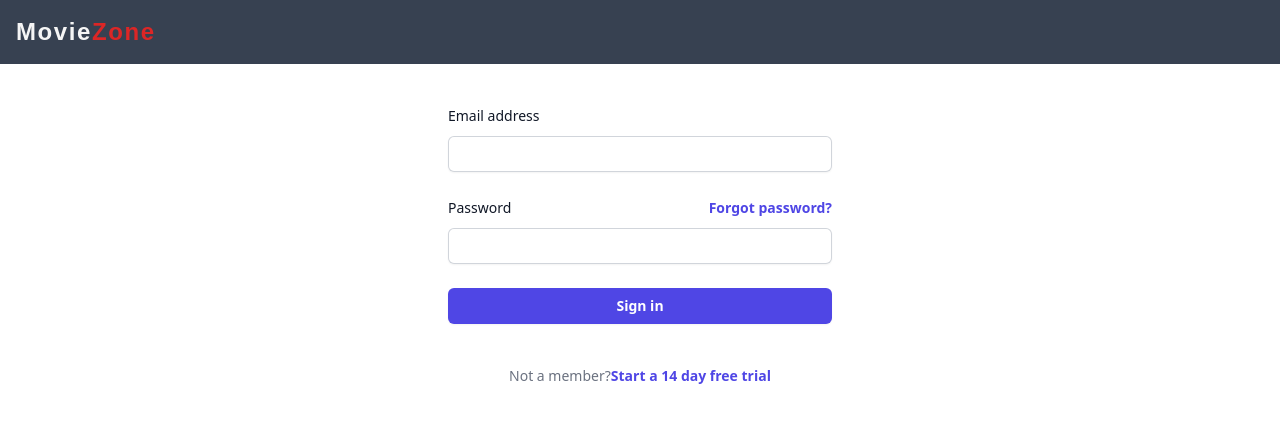
Repository: Ucheobikingsley/movie_catalogue
Page: /addmovie (app in etap_movie_catalog/)
These files come from the project's save history. The page is drawn as it stood at one moment and after the next save; the edit follows.
The browser window is 1280 px wide. The pictures show the whole page.
Some web fonts or font styles are not loaded; a fallback is used. The project was rebuilt for these pictures with package versions that can differ from the ones it lists, and the page was loaded fresh each time. The framework's server and built-in components were replaced by stand-ins that run in the browser. Also part of the build but not shown: etap_movie_catalog/next.config.js.

Above is the page before, as saved 2023-05-01 09:13:49.

### etap_movie_catalog/pages/_app.tsx
import { Layout } from '@/components/Layout'
import '@/styles/globals.css'
import type { AppProps } from 'next/app'

export default function App({ Component, pageProps }: AppProps) {
  return(
    <Layout>
        <Component {...pageProps} />
    </Layout>
  )


}

### etap_movie_catalog/pages/addmovie.tsx
import React from 'react'

const addmovie = () => {
  return (
    <div className="mt-10 sm:mx-auto sm:w-full sm:max-w-sm">
    <form className="space-y-6" action="#" method="POST">
      <div>
        <label  className="block text-sm font-medium leading-6 text-gray-900">Email address</label>
        <div className="mt-2">
          <input id="email" name="email" type="email"  required className="block w-full rounded-md border-0 py-1.5 text-gray-900 shadow-sm ring-1 ring-inset ring-gray-300 placeholder:text-gray-400 focus:ring-2 focus:ring-inset focus:ring-indigo-600 sm:text-sm sm:leading-6"/>
        </div>
      </div>

      <div>
        <div className="flex items-center justify-between">
          <label  className="block text-sm font-medium leading-6 text-gray-900">Password</label>
          <div className="text-sm">
            <a href="#" className="font-semibold text-indigo-600 hover:text-indigo-500">Forgot password?</a>
          </div>
        </div>
        <div className="mt-2">
          <input id="password" name="password" type="password" required className="block w-full rounded-md border-0 py-1.5 text-gray-900 shadow-sm ring-1 ring-inset ring-gray-300 placeholder:text-gray-400 focus:ring-2 focus:ring-inset focus:ring-indigo-600 sm:text-sm sm:leading-6"/>
        </div>
      </div>

      <div>
        <button type="submit" className="flex w-full justify-center rounded-md bg-indigo-600 px-3 py-1.5 text-sm font-semibold leading-6 text-white shadow-sm hover:bg-indigo-500 focus-visible:outline focus-visible:outline-2 focus-visible:outline-offset-2 focus-visible:outline-indigo-600">Sign in</button>
      </div>
    </form>

    <p className="mt-10 text-center text-sm text-gray-500">
      Not a member?
      <a href="#" className="font-semibold leading-6 text-indigo-600 hover:text-indigo-500">Start a 14 day free trial</a>
    </p>
  </div>
  )
}

export default addmovie

### etap_movie_catalog/components/Layout.tsx
import React,{ReactNode} from 'react'
import Navbar from './Navbar'
type LayoutProps = {children?: ReactNode}
export const Layout = ({children}:LayoutProps) => {
  return (
    <>
    <Navbar/>
    <main>
        {children}
    </main>
    </>
  )
}

### etap_movie_catalog/styles/globals.css
@import url('https://fonts.googleapis.com/css2?family=Comme&display=swap');
@tailwind base;
@tailwind components;
@tailwind utilities;

/* :root {
  --foreground-rgb: 0, 0, 0;
  --background-start-rgb: 214, 219, 220;
  --background-end-rgb: 255, 255, 255;
}

@media (prefers-color-scheme: dark) {
  :root {
    --foreground-rgb: 255, 255, 255;
    --background-start-rgb: 0, 0, 0;
    --background-end-rgb: 0, 0, 0;
  }
}

body {
  color: rgb(var(--foreground-rgb));
  background: linear-gradient(
      to bottom,
      transparent,
      rgb(var(--background-end-rgb))
    )
    rgb(var(--background-start-rgb));
} */

### etap_movie_catalog/components/Navbar.tsx
import Link from 'next/link'
import React from 'react'

const Navbar = () => {
  return (
    <div className='bg-gray-700 '>
        <div className="font-bold text-neutral-100 p-4 max-w-7xl mx-auto container tracking-widest font-neue">
            <Link href="/" className='text-base md:text-2xl'>
                Movie<span className='text-red-600'>Zone</span>
            </Link>

        </div>
    </div>
  )
}

export default Navbar

### etap_movie_catalog/tailwind.config.js
/** @type {import('tailwindcss').Config} */
module.exports = {
  content: [
    "./pages/**/*.{js,ts,jsx,tsx,mdx}",
    "./components/**/*.{js,ts,jsx,tsx,mdx}",
    "./app/**/*.{js,ts,jsx,tsx,mdx}",
  ],
  theme: {
    extend: {
      backgroundImage: {
        "gradient-radial": "radial-gradient(var(--tw-gradient-stops))",
        "gradient-conic":
          "conic-gradient(from 180deg at 50% 50%, var(--tw-gradient-stops))",
      },
      fontFamily: {
        neue: ["Comme", "sans-serif"],
      },
    },
  },
  plugins: [],
};

Loaded but not shown: etap_movie_catalog/pages/_document.tsx (common file)

After the next save:
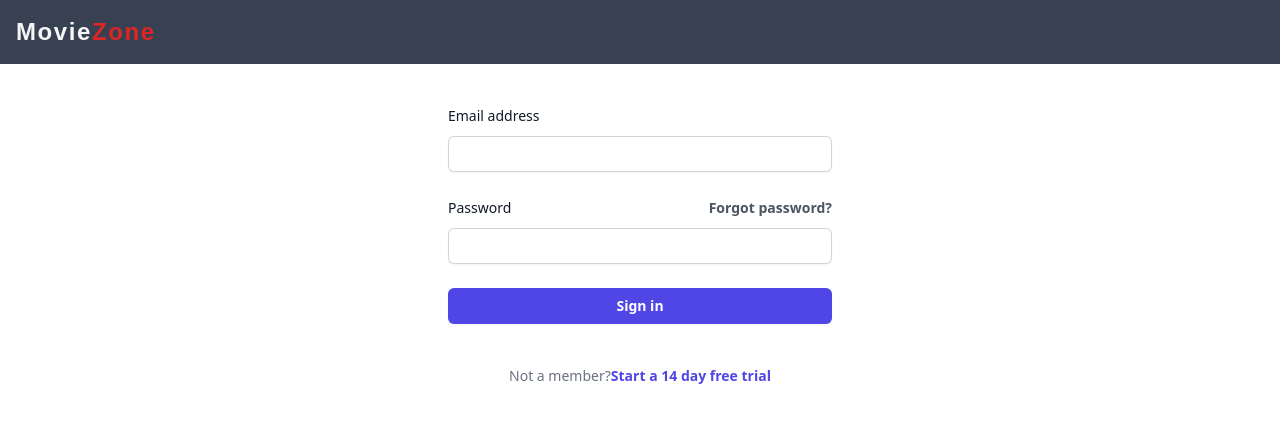
Saved 19 s later.
--- a/etap_movie_catalog/pages/addmovie.tsx
+++ b/etap_movie_catalog/pages/addmovie.tsx
@@ -15,7 +15,7 @@
         <div className="flex items-center justify-between">
           <label  className="block text-sm font-medium leading-6 text-gray-900">Password</label>
           <div className="text-sm">
-            <a href="#" className="font-semibold text-indigo-600 hover:text-indigo-500">Forgot password?</a>
+            <a href="#" className="font-semibold text-gray-600 hover:text-indigo-500">Forgot password?</a>
           </div>
         </div>
         <div className="mt-2">
